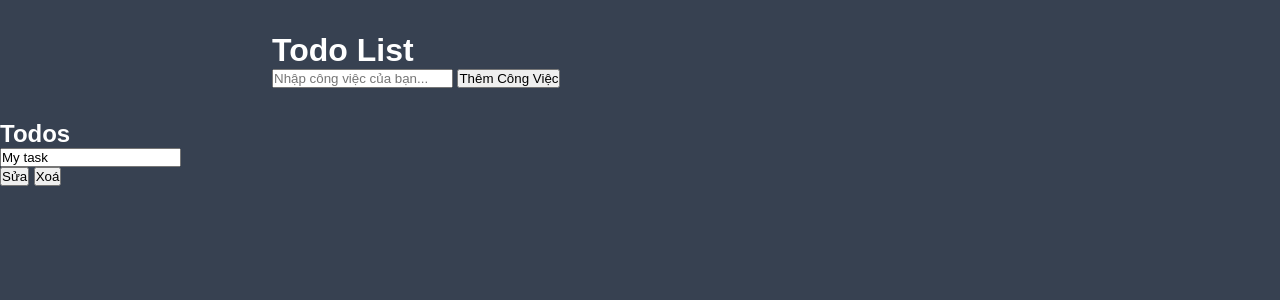
Repository: ntheanh/Todo-List
Page: index.html
The author's editor kept a copy of each file at every save. The page is drawn from the files as they stood at one save, then again after the next save.
The browser window is 1280 px wide. The pictures show the whole page.
The style sheet was rebuilt from its Sass, Less or Tailwind sources for each picture, by a compiler version that may differ from the author's.

Above is the page before, as saved 2023-03-15 22:36:19.

### index.html
<!DOCTYPE html>
<html lang="en">
  <head>
    <meta charset="UTF-8" />
    <meta http-equiv="X-UA-Compatible" content="IE=edge" />
    <meta name="viewport" content="width=device-width, initial-scale=1.0" />
    <title>My Todo List</title>
    <link rel="stylesheet" href="style.css" />
  </head>
  <body>
    <header>
      <h1>Todo List</h1>
      <form action="" id="new-todo-form">
        <input
          id="new-todo-input"
          type="text"
          name="todo"
          placeholder="Nhập công việc của bạn... "
        />
        <input id="new-todo-submit" type="submit" value="Thêm Công Việc" />
      </form>
    </header>
    <main>
      <section class="task-list">
        <h2>Todos</h2>
        <div id="tasks">
          <div class="task">
            <div class="content">
              <input
                type="text"
                class="content_input"
                value="My task"
                readonly
              />
            </div>
            <div class="actons">
              <button class="edit">Sửa</button>
              <button class="delete">Xoá</button>
            </div>
          </div>
        </div>
      </section>
    </main>

    <script src="app.js"></script>
  </body>
</html>

### style.scss
:root {
  --dark: #374151;
  --darker: #1f2937;
  --darkest: #111827;
  --gray: #6b7280;
  --light: #eee;
  --pink: #ec4899;
  --purple: #8b5cf6;
}

* {
  margin: 0;
  padding: 0;
  box-sizing: border-box;
  font-family: "Poppins", sans-serif;
}

body {
  display: flex;
  flex-direction: column;
  min-height: 100vh;
  background: var(--dark);
  color: #fff;
}

header {
  padding: 2rem;
  width: 100%;
  max-width: 800px;
  margin: 0 auto;
  h2 {
    font-size: 3rem;
    font-weight: 600;
    margin-bottom: 2rem;
  }
}

Loaded but not shown: app.js (no stored copy; drawn as an empty file)

After the next save:
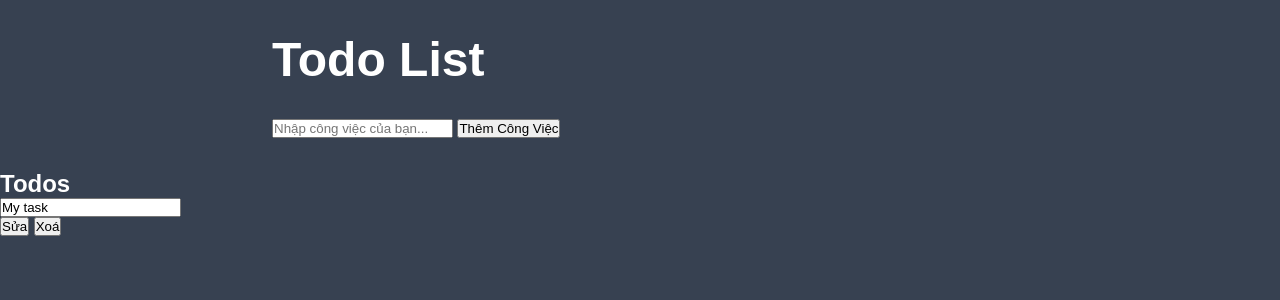
Saved 20 s later.
--- a/style.scss
+++ b/style.scss
@@ -28,7 +28,7 @@ header {
   width: 100%;
   max-width: 800px;
   margin: 0 auto;
-  h2 {
+  h1 {
     font-size: 3rem;
     font-weight: 600;
     margin-bottom: 2rem;
